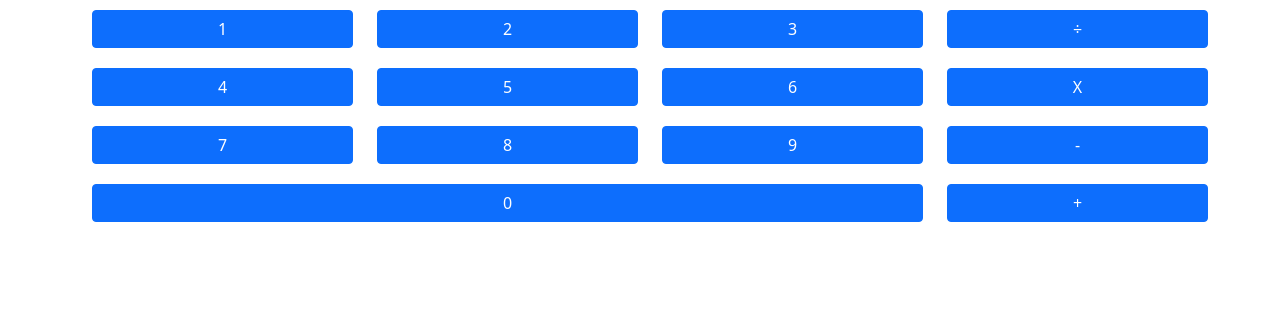
Repository: jsakdalan/CalculatorReactTypescript
Page: /
These files come from the project's save history. The page is drawn as it stood at one moment and after a run of saves; the edit follows.
The browser window is 1280 px wide. The pictures show the whole page.
The project was rebuilt for these pictures with package versions that can differ from the ones it lists, and the page was loaded fresh each time. Also part of the build but not shown: src/App.css.

Above is the page before, as saved 2022-06-07 16:02:06.

After the next 2 saves:
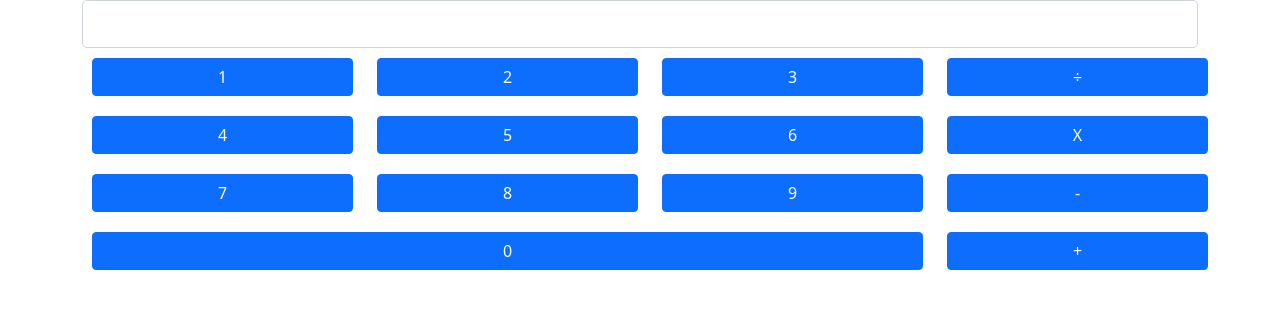
The 2 saves are shown as one change because 1 did not build or start.
The last was saved 39 s later.
--- a/src/pages/Calculator.tsx
+++ b/src/pages/Calculator.tsx
@@ -4,6 +4,7 @@ import Container from 'react-bootstrap/Container';
 import Row from 'react-bootstrap/Row';
 import Button from 'react-bootstrap/Button';
 import InputGroup from 'react-bootstrap/InputGroup';
+import { FormControl } from 'react-bootstrap';
 import './Calculator.css'
 
 export default function TextEditor(){
@@ -20,6 +21,10 @@ export default function TextEditor(){
     const Screen = (props:Screen) => {
         return(
             <InputGroup size="lg" className={props.styling}>
+                    <FormControl
+      aria-label="Default"
+      aria-describedby="inputGroup-sizing-default"
+    />
             </InputGroup>
         )
     }
